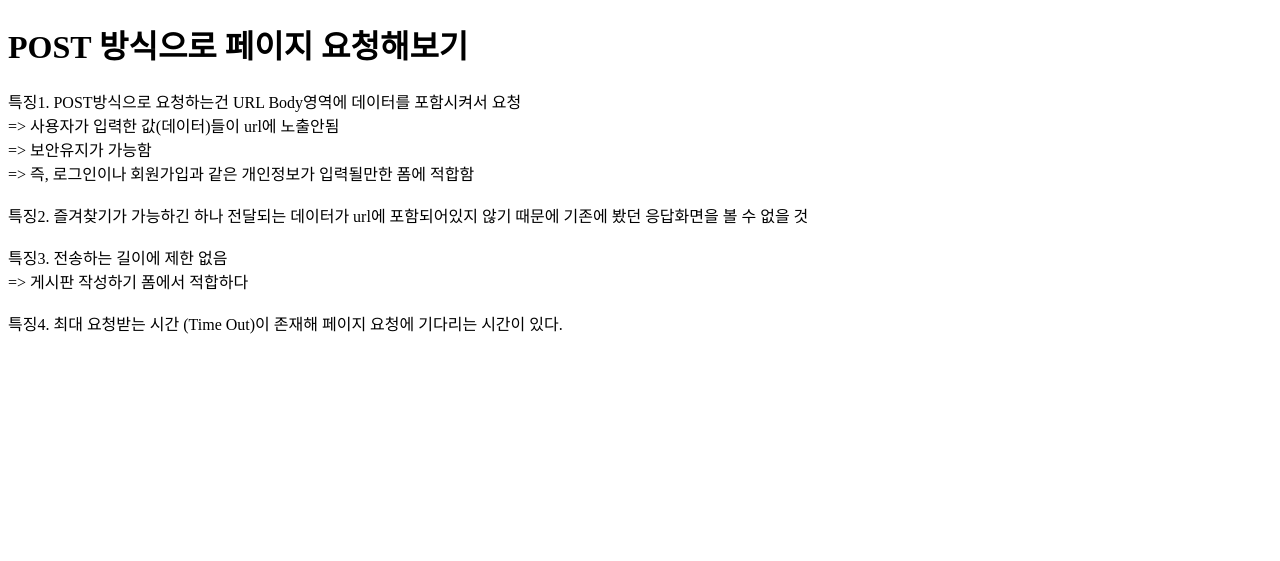
Repository: hyeye1/kh_webserverWorkspace
Page: 1_Servlet/WebContent/views/requestTest_POST.html
An editor plug-in stored every save of this project. The page is shown before and after the next save, followed by the edit.
The browser window is 1280 px wide. The pictures show the whole page.

Above is the page before, as saved 2021-03-25 04:36:34.

### 1_Servlet/WebContent/views/requestTest_POST.html
<!DOCTYPE html>
<html>
<head>
<meta charset="UTF-8">
<title>Insert title here</title>
</head>
<body>
	<h1>POST 방식으로 페이지 요청해보기</h1>
	<p>
		특징1. POST방식으로 요청하는건 URL Body영역에 데이터를 포함시켜서 요청 <br>
		=> 사용자가 입력한 값(데이터)들이 url에 노출안됨 <br>
		=> 보안유지가 가능함 <br>
		=> 즉, 로그인이나 회원가입과 같은 개인정보가 입력될만한 폼에 적합함 <br><br>

		특징2. 즐겨찾기가 가능하긴 하나 전달되는 데이터가 url에 포함되어있지 않기 때문에 기존에 봤던 응답화면을 볼 수 없을 것 <br><br>

		특징3. 전송하는 길이에 제한 없음<br>
		=> 게시판 작성하기 폼에서 적합하다 <br><br>

		특징4. 최대 요청받는 시간 (Time Out)이 존재해 페이지 요청에 기다리는 시간이 있다.
	</p>
</body>
</html>

After the next save:
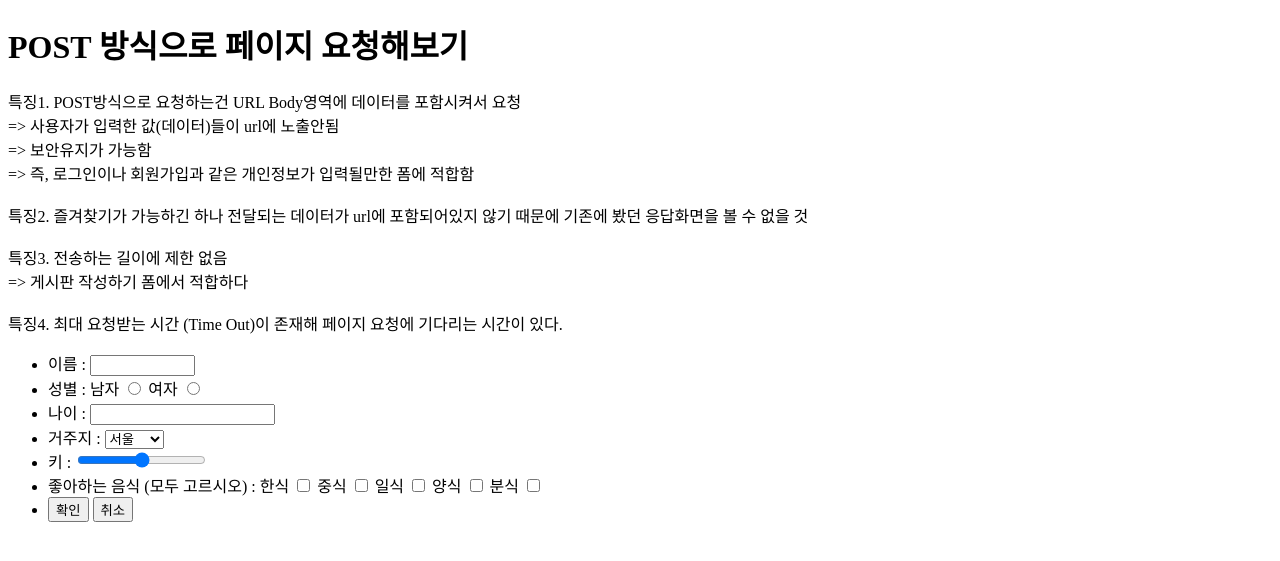
Saved 65 s later.
--- a/1_Servlet/WebContent/views/requestTest_POST.html
+++ b/1_Servlet/WebContent/views/requestTest_POST.html
@@ -19,5 +19,44 @@
 
 		특징4. 최대 요청받는 시간 (Time Out)이 존재해 페이지 요청에 기다리는 시간이 있다.
 	</p>
+
+	<form action="/1_Servlet/test1.do" method="GET">
+		<ul>
+			<li>이름 : <input type="text" name="name" size="10"></li>
+			<li>
+				성별 :
+				남자 <input type="radio" name="gender" value="M">
+				여자 <input type="radio" name="gender" value="F">
+			</li>
+			<li>나이 : <input type="number" name="age"></li>
+			<li>
+				거주지 :
+				<select name="city">
+					<option>서울</option>
+					<option>경기도</option>
+					<option>강원도</option>
+					<option>충청도</option>
+					<option>제주도</option>
+					<option>경상도</option>
+				</select>
+			</li>
+			<li>키 : <input type="range" name="height" min="140" max="200"></li>
+			<li>
+				좋아하는 음식 (모두 고르시오) :
+				한식 <input type="checkbox" name="food" value="한식">
+				중식 <input type="checkbox" name="food" value="중식">
+				일식 <input type="checkbox" name="food" value="일식">
+				양식 <input type="checkbox" name="food" value="양식">
+				분식 <input type="checkbox" name="food" value="분식">
+			</li>
+			<li>
+				<button type="submit">확인</button>
+				<button type="reset">취소</button>
+			</li>
+
+		</ul>
+
+
+	</form>
 </body>
 </html>
